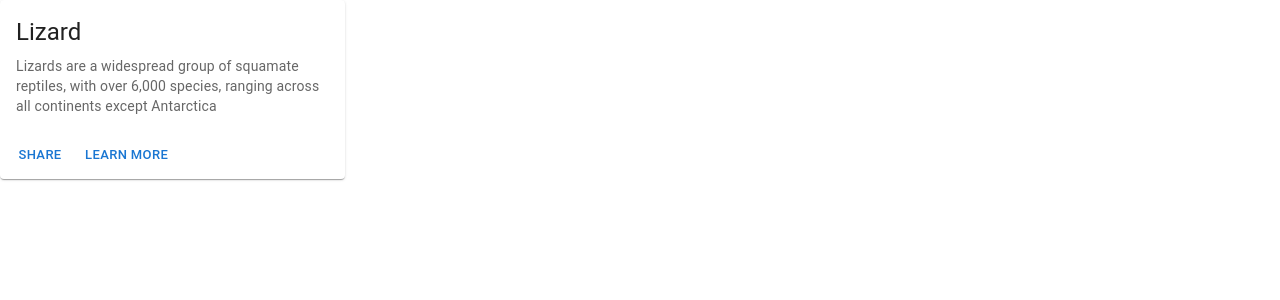
Repository: lenx0/PokeWiki-Front
Page: /
An editor plug-in stored every save of this project. The page is shown before and after the next save, followed by the edit.
The browser window is 1280 px wide. The pictures show the whole page.
The page's requests for data from a server got no answer. The project was rebuilt for these pictures with package versions that can differ from the ones it lists, and the page was loaded fresh each time. The framework's server and built-in components were replaced by stand-ins that run in the browser. No one was signed in, and anything a server would have sent is missing. Also part of the build but not shown: next.config.mjs.

Above is the page before, as saved 2024-02-13 19:11:19.

### src/app/layout.js
import { Inter } from "next/font/google";
import "./globals.css";

const inter = Inter({ subsets: ["latin"] });

export default function RootLayout({ children }) {
  return (
    <html lang="en">
      <body className={inter.className}>{children}</body>
    </html>
  );
}

### src/app/page.js
'use client'
import PokemonList from "./pages/PokemonList/page";

export default function Home() {
  return (
    <PokemonList />
  );
}

### src/app/pages/PokemonList/page.jsx
import Cards from "@/app/components/Cards";

export default function PokemonList() {
    return (
        <Cards />
    )
}

### src/app/components/Cards/index.jsx
import PokemonListService from "@/services/PokemonListService";
import { Card, CardMedia, CardContent, Typography, CardActions, Button } from "@mui/material";
import { useEffect, useState } from "react";

export default function Cards() {
  const [pokemonList, setPokemonList] = useState([])

  useEffect(() => {
    async function getPokemon() {
        let pokemon = await PokemonListService.getPokemon();
        setPokemonList(pokemon)
    }
    getPokemon()
}, [])
    return (
        <Card sx={{ maxWidth: 345 }}>
      <CardContent>
        <Typography gutterBottom variant="h5" component="div">
          Lizard
        </Typography>
        <Typography variant="body2" color="text.secondary">
          Lizards are a widespread group of squamate reptiles, with over 6,000
          species, ranging across all continents except Antarctica
        </Typography>
      </CardContent>
      <CardActions>
        <Button size="small">Share</Button>
        <Button size="small">Learn More</Button>
      </CardActions>
    </Card>
    )
}

### src/services/PokemonListService.js
import HttpClient from "./utils/HttpClient";

class PokemonService {
  async getPokemon() {
    return HttpClient.getData(process.env.NEXT_PUBLIC_API_BASE);
  }
}

export default new PokemonService()

### src/services/utils/HttpClient.js
class HttpClient {
  async getData(url, filter) {
    const queryParams = new URLSearchParams({
        filter,
        option: {},
        page: 1,
        pageSize: 1000
    });
    const urlWithParams = `${url}?${queryParams.toString()}`;

    const response = await fetch(urlWithParams);
    return response.json();
}


  async getDataDetails(url, filter) {
    let raw = JSON.stringify({
      filter,
      option: {},
      page: 1,
      pageSize: 100
    })

    let requestOptions = {
      method: 'GET',
      body: raw,
      redirect: 'follow'
    }

    const response = await fetch(url, requestOptions)
    return response.json()
  }
}

export default new HttpClient()

Loaded but not shown: src/app/globals.css (common file)

After the next save:
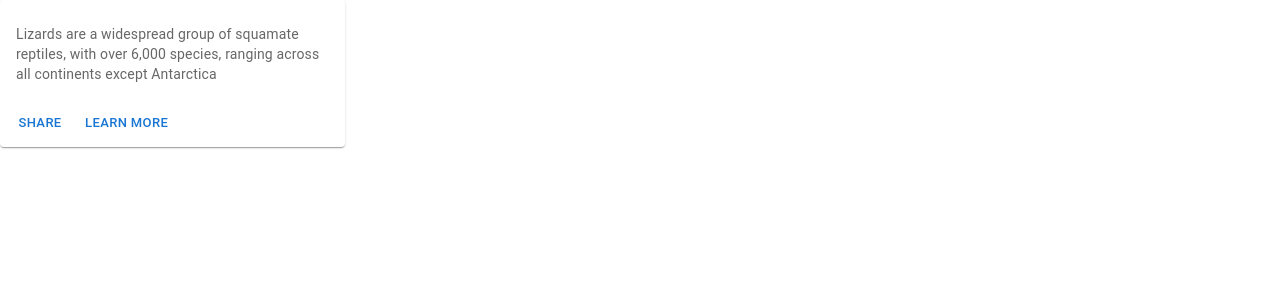
Saved 23 s later.
--- a/src/app/components/Cards/index.jsx
+++ b/src/app/components/Cards/index.jsx
@@ -16,7 +16,7 @@
         <Card sx={{ maxWidth: 345 }}>
       <CardContent>
         <Typography gutterBottom variant="h5" component="div">
-          Lizard
+
         </Typography>
         <Typography variant="body2" color="text.secondary">
           Lizards are a widespread group of squamate reptiles, with over 6,000
